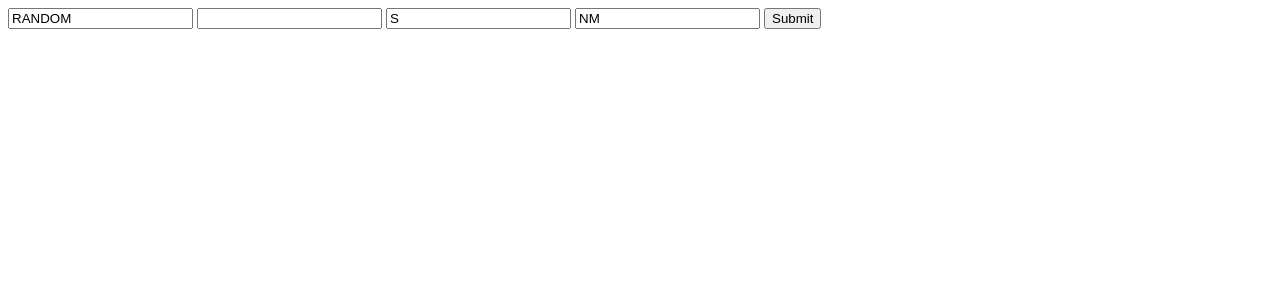
Repository: kchan75/kakaobank
Page: inserver/src/main/resources/static/index.html
An editor plug-in stored every save of this project. The page is shown before and after the next save, followed by the edit.
The browser window is 1280 px wide. The pictures show the whole page.

Above is the page before, as saved 2021-03-24 00:30:52.
Console error: TypeError: Cannot set properties of null (setting 'innerHTML')

### inserver/src/main/resources/static/index.html
<html>
<head>
<title>test</title>
<script language="javascript">
	 function time(){
	  var time= new Date(); //시간받기위해서 new date
	  document.getElementById("formElem.trxDatetim").innerHTML=time.getHours()+":"+time.getMinutes()+":"+time.getSeconds();
	      //document.getElementById("formElem.trxDatetim").innerHTML=time.getHours()+":"+time.getMinutes()+":"+time.getSeconds();
	     //setInterval("time()",1000);     //1초 지난후 time()실행
	}
</script>
</head>

<body onload="time()">
	<form id="formElem">
		<input type="text" name="guid" value="RANDOM">
		<input type="text" id="trxDatetim" value="">
		<input type="text" name="requestType" value="S">
		<input type="text" name="responseType" value="NM">
		<input type="submit">
	</form>
	<div id="div"></div>
</body>

<script>
    formElem.onsubmit = async (e) => {
      e.preventDefault();
      var form = document.querySelector("#formElem");
     // var form = document.forms[0];

        data = {
          "common":
          {
        	  firstName : form.querySelector('input[name="firstname"]').value,
          	  lastName : form.querySelector('input[name="lastname"]').value,
          	  age : 5
          },
	      "biz":
	      {
	      	  bizFirst : form.querySelector('input[name="firstname"]').value,
	      	  bizLast : form.querySelector('input[name="lastname"]').value,
	          age : 12
	      }
        }



		let ip = form.querySelector('input[name="firstname"]').value
        let response = await fetch('http://localhost:8080/kchan', {
                method: 'POST', // or 'PUT'
                headers: {
                    'Content-Type': 'application/json',
                    'Access-Control-Allow-Origin':'*'
                },
                body: JSON.stringify(data),
        })

        //let text = await response.text(); // read response body as text
        console.log("TEST");
        console.log(response);

        document.querySelector("#div").innerHTML = response.data;
    };
</script>
</html>

After the next save:
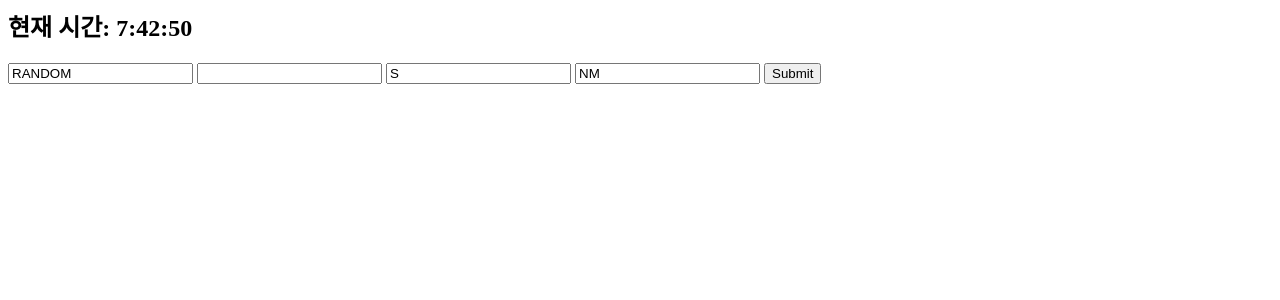
The error is gone.
Saved 21 min 39 s later.
--- a/inserver/src/main/resources/static/index.html
+++ b/inserver/src/main/resources/static/index.html
@@ -4,7 +4,7 @@
 <script language="javascript">
 	 function time(){
 	  var time= new Date(); //시간받기위해서 new date
-	  document.getElementById("formElem.trxDatetim").innerHTML=time.getHours()+":"+time.getMinutes()+":"+time.getSeconds();
+	  document.getElementById("now").innerHTML=time.getHours()+":"+time.getMinutes()+":"+time.getSeconds();
 	      //document.getElementById("formElem.trxDatetim").innerHTML=time.getHours()+":"+time.getMinutes()+":"+time.getSeconds();
 	     //setInterval("time()",1000);     //1초 지난후 time()실행
 	}
@@ -12,6 +12,7 @@
 </head>
 
 <body onload="time()">
+	<h2> 현재 시간: <span id="now"></span></h2>
 	<form id="formElem">
 		<input type="text" name="guid" value="RANDOM">
 		<input type="text" id="trxDatetim" value="">
